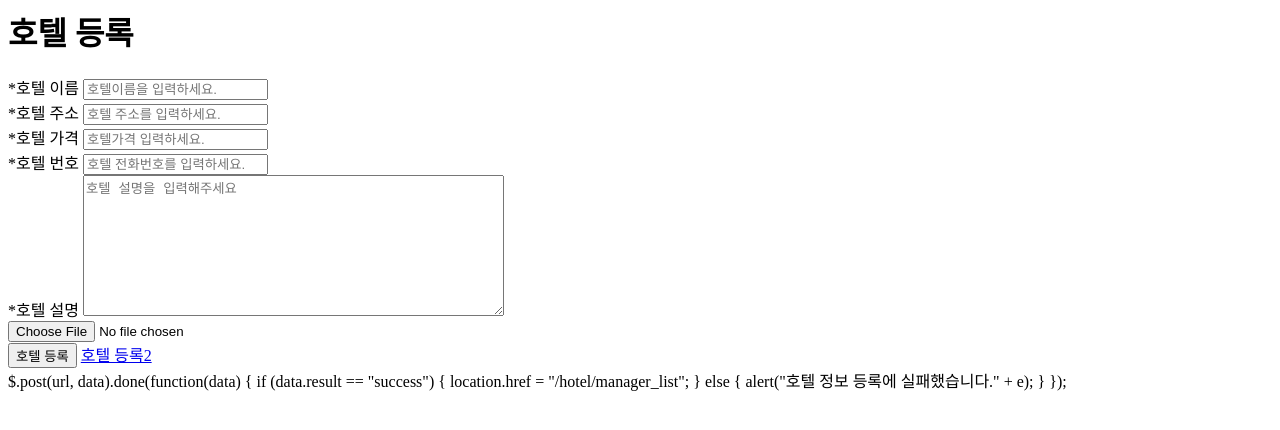
Repository: Wan7939/gotoDomang
Page: http://localhost/gotoDomang/WEB-INF/jsp/admin/hotel_registration.jsp
An editor plug-in stored every save of this project. The page is shown before and after the next save, followed by the edit.
The browser window is 1280 px wide. The pictures show the whole page.
The page is served by Tomcat 9. Nobody is signed in. The template is opened directly, without the code that normally fills it, so the values that code supplies are empty.

Above is the page before, as saved 2021-11-05 10:42:36.
Console error: ReferenceError: $ is not defined

After the next save:
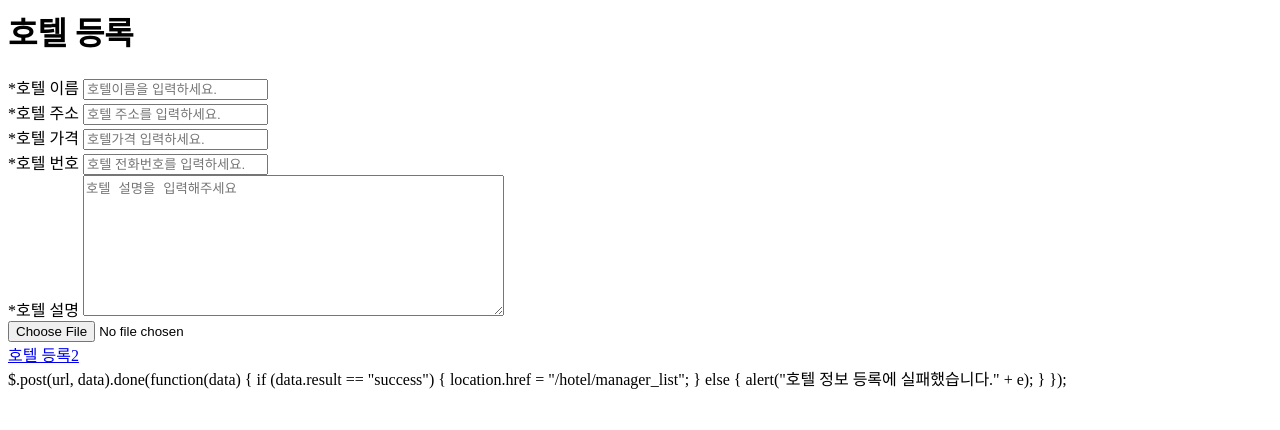
Saved 22 s later.
--- a/gotoDomang/src/main/webapp/WEB-INF/jsp/admin/hotel_registration.jsp
+++ b/gotoDomang/src/main/webapp/WEB-INF/jsp/admin/hotel_registration.jsp
@@ -35,7 +35,7 @@
 					</div>
 				</div>
 				<div  class="d-flex justify-content-center">
-					<button type="button" id="registrationBtn" class="btn btn-block">호텔 등록</button>
+
 					<a id="registrationBtn" class="btn btn-block btn-sign-up" href="/hotel/manager_list">호텔 등록2</a>
 				</div>
 
